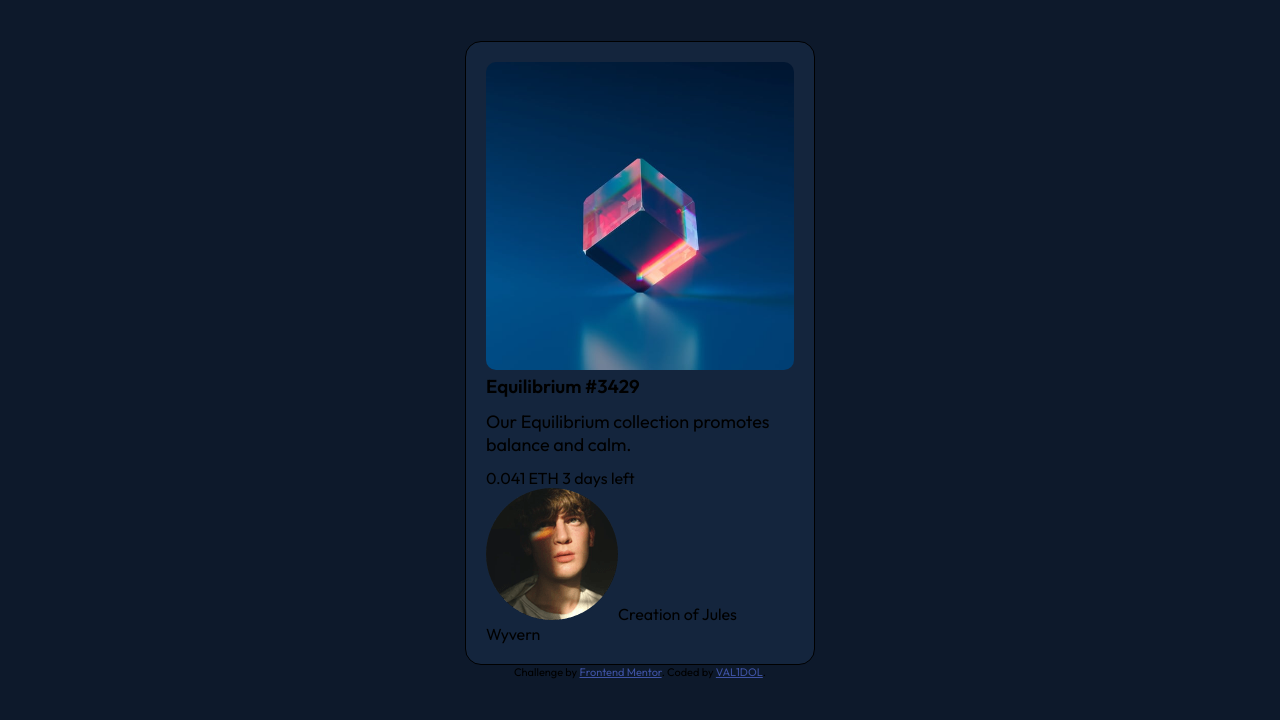
Repository: VAL1DOL-web/fm-NFT-preview-card-component
Page: index.html
An editor plug-in stored every save of this project. The page is shown before and after the next save, followed by the edit.
The browser window is 1280 px wide. The pictures show the whole page.

Above is the page before, as saved 2024-01-07 15:17:18.

After the next save:
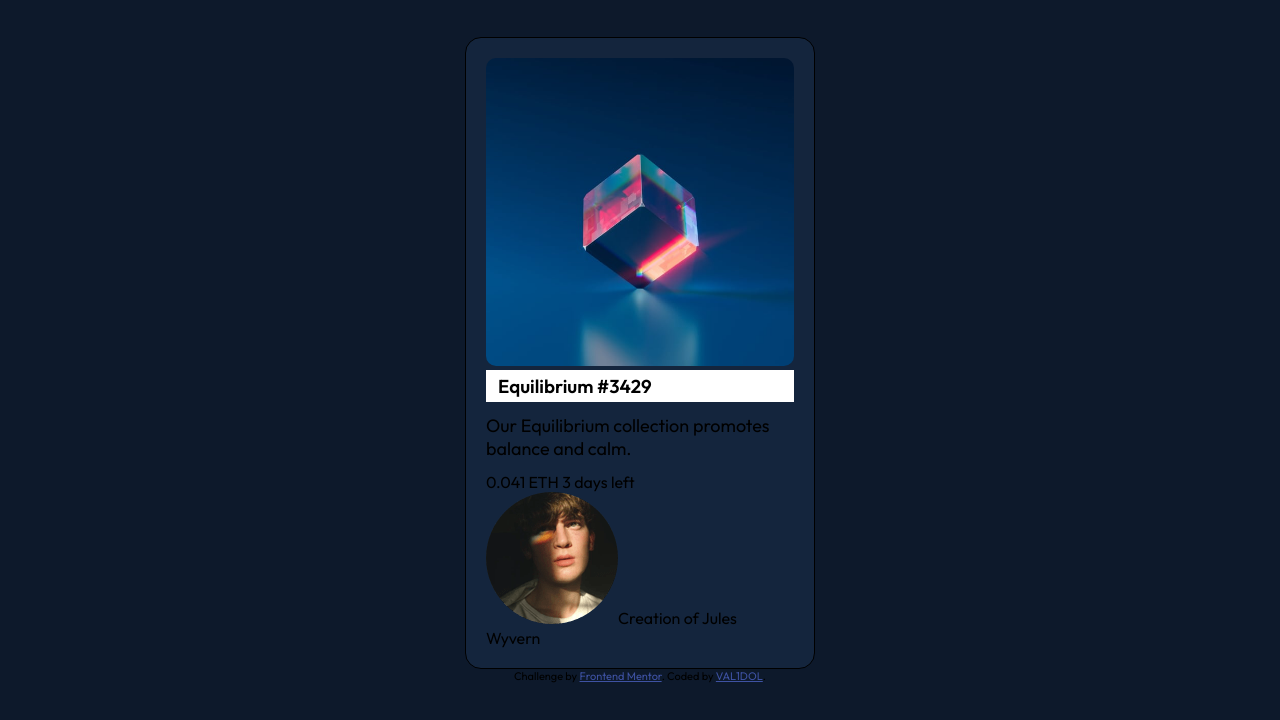
Saved 10 s later.
--- a/style.css
+++ b/style.css
@@ -35,7 +35,7 @@
     flex-direction: column;
     gap: 12px;
   }
-  .textbox span {
+  .textbox h3 {
     background-color:hsl(0, 0%, 100%);
     display:inline-block;
     padding: 4px 12px;
